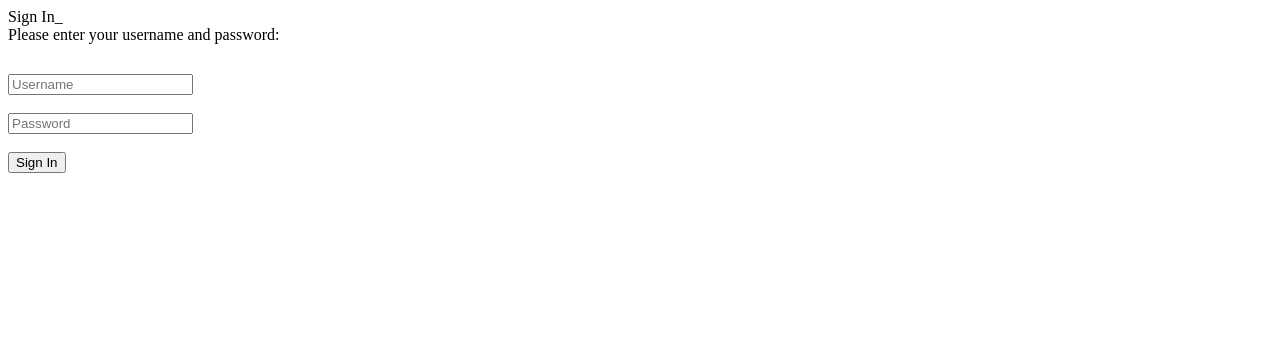
Repository: Sonalitanika/Assigment_IT17048842
Page: Lab09/WebContent/EditUser.html
An editor plug-in stored every save of this project. The page is shown before and after the next save, followed by the edit.
The browser window is 1280 px wide. The pictures show the whole page.

Above is the page before, as saved 2019-05-25 17:01:22.

After the next save:
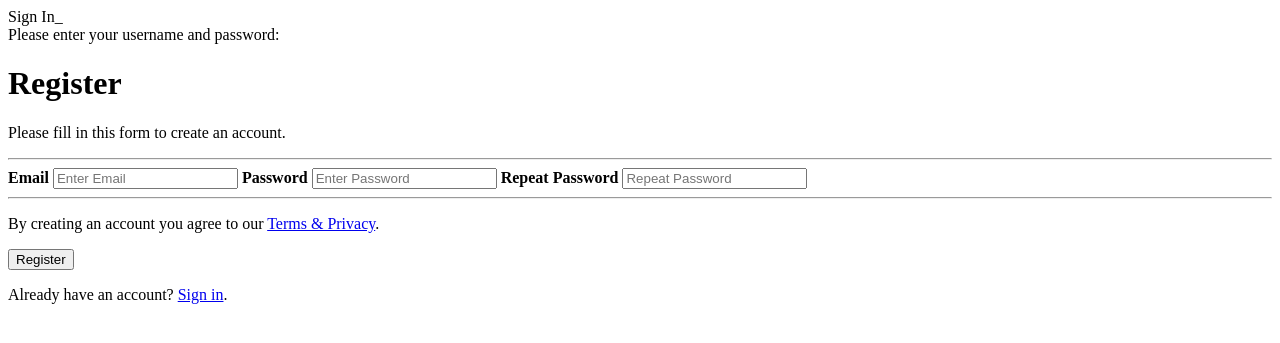
Saved 28 s later.
--- a/Lab09/WebContent/EditUser.html
+++ b/Lab09/WebContent/EditUser.html
@@ -30,19 +30,28 @@
             <div class="inner_content_1">
 
                 <div class="text-center content_area">Please enter your username and password:</div>
+<div class="container">
+    <h1>Register</h1>
+    <p>Please fill in this form to create an account.</p>
+    <hr>
 
-                <div class="text-center" style="margin-top: 30px">
-                    <form name="signin" method="post" action="Login">
-                        <input type="text" name="username" placeholder="Username" class="input_style1"><br><br>
-                        <input type="password" name="password" placeholder="Password" class="input_style1"><br><br>
+    <label for="email"><b>Email</b></label>
+    <input type="text" placeholder="Enter Email" name="email" required>
 
-                        <div class="text-center content_area">
+    <label for="psw"><b>Password</b></label>
+    <input type="password" placeholder="Enter Password" name="psw" required>
 
-                        </div>
+    <label for="psw-repeat"><b>Repeat Password</b></label>
+    <input type="password" placeholder="Repeat Password" name="psw-repeat" required>
+    <hr>
 
-                        <button type="submit" class="form_button">Sign In</button>
-                    </form>
-                </div>
+    <p>By creating an account you agree to our <a href="#">Terms & Privacy</a>.</p>
+    <button type="submit" class="registerbtn">Register</button>
+  </div>
+
+  <div class="container signin">
+    <p>Already have an account? <a href="#">Sign in</a>.</p>
+  </div>
 
             </div>
 
